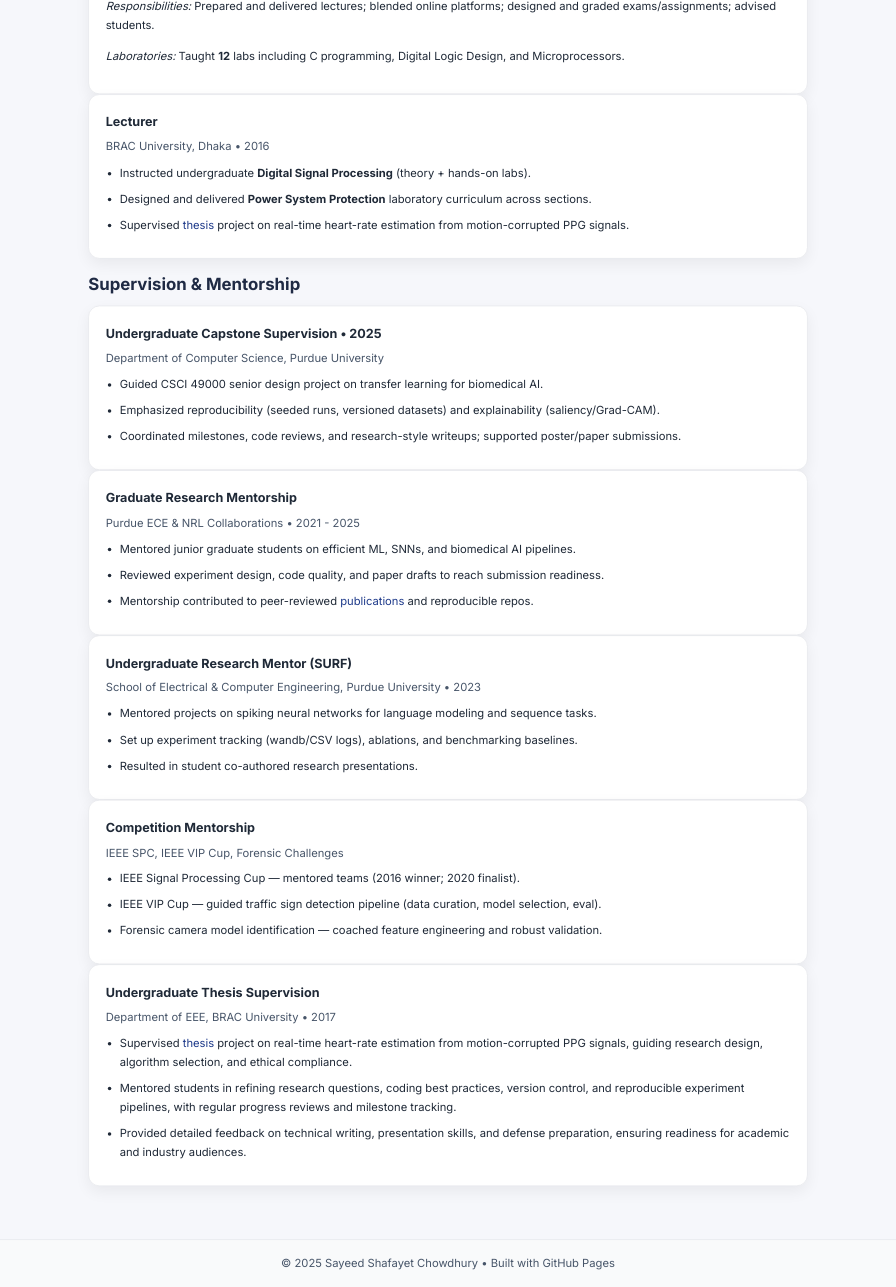
Repository: SayeedChowdhury/SayeedChowdhury.github.io
Page: teaching.html
The author's editor kept a copy of each file at every save. The page is drawn from the files as they stood at one save, then again after the next save.
The browser window is 1280 px wide. The pictures show the part of the page from y = 1032 to 2952 px (the page is 2870 px tall before and 2952 px after), at 70% of full size.

Above is the page before, as saved 2025-08-13 12:51:48.

### teaching.html
<!doctype html>
<html lang="en">
<head>
  <meta charset="utf-8">
  <meta name="viewport" content="width=device-width, initial-scale=1">
  <title>Teaching & Mentorship • Sayeed S. Chowdhury</title>
  <link rel="preconnect" href="https://fonts.googleapis.com">
  <link rel="preconnect" href="https://fonts.gstatic.com" crossorigin>
  <link href="https://fonts.googleapis.com/css2?family=Inter:wght@400;600;700&display=swap" rel="stylesheet">
  <link rel="stylesheet" href="assets/style.css">
</head>
<body>
<div class="nav">
  <div class="inner container">
    <div class="brand"><span class="dot"></span> <a href="index.html" style="text-decoration:none;color:inherit;">Sayeed S. Chowdhury</a></div>
    <div style="margin-left:auto; display:flex; gap:6px; flex-wrap:wrap">
      <a href="index.html" class="">Home</a>
      <a href="edu-exp.html" class="">Education & Experience</a>
      <a href="teaching.html" class="active">Teaching & Mentorship</a>
      <!-- <a href="research.html" class="">Research</a> -->
      <a href="publications.html" class="">Publications</a>
      <a href="awards.html" class="">Grants and Awards</a>
      <a href="contact.html" class="">Contact</a>
    </div>
  </div>
</div>
<div class="container">

  <section class="section">
    <h2>Teaching Philosophy</h2>
    <div class="card">
      <p style="margin:0">
        I create an inclusive, student-centered classroom that blends Socratic questioning with project-based learning.
        My goals are to build strong fundamentals, develop students’ ability to reason from first principles, and connect
        theory to practice through open-ended labs and reproducible coding assignments.
      </p>
    </div>

    <h2>Teaching Experience</h2>

    <!-- Purdue — Visiting Assistant Professor -->
    <div class="card">
      <h3>Visiting Assistant Professor</h3>
      <div class="lead">Department of Computer Science, Purdue University • Aug&nbsp;2025 – Present</div>
      <ul class="list">
        <li>Designed and taught upper-undergraduate <strong>CSCI 490: AI for IoT</strong> as Instructor of Record.</li>
        <li>Guest-lectured in <strong>CSCI 487: Artificial Intelligence</strong> (modern ML + neuromorphic topics).</li>
        <li>Supervising an undergraduate <strong>capstone</strong> on transfer learning for biomedical AI.</li>
      </ul>
    </div>

    <!-- AUST -->
    <div class="card">
      <h3>Lecturer</h3>
      <div class="lead">Ahsanullah University of Science &amp; Technology (AUST), Dhaka • 2018</div>
      <ul class="list">
        <li>Taught <strong>C++</strong> and <strong>MATLAB</strong> programming in large classrooms.</li>
        <li>Instructor of record for <strong>VLSI (theory &amp; lab)</strong>; contributed to curriculum and lab manual.</li>
      </ul>
    </div>

    <!-- BUET -->
    <div class="card">
      <h3>Lecturer</h3>
      <div class="lead">Bangladesh University of Engineering &amp; Technology (BUET), Dhaka • 2016–2017</div>
      <p><em>Courses (theory):</em> Signals &amp; Systems (EEE 301); Electrical DC &amp; AC Circuits (EEE 101/105);
        Measurement &amp; Instrumentation (EEE 407); Digital Signal Processing (EEE 307);
        Microprocessor &amp; Interfacing (EEE 315).</p>
      <p><em>Responsibilities:</em> Prepared and delivered lectures; blended online platforms; designed and graded
        exams/assignments; advised students.</p>
      <p><em>Laboratories:</em> Taught <strong>12</strong> labs including C programming, Digital Logic Design, and Microprocessors.</p>
    </div>

    <!-- BRAC University -->
    <div class="card">
      <h3>Lecturer</h3>
      <div class="lead">BRAC University, Dhaka • 2016</div>
      <ul class="list">
        <li>Instructed undergraduate <strong>Digital Signal Processing</strong> (theory + hands-on labs).</li>
        <li>Designed and delivered <strong>Power System Protection</strong> laboratory curriculum across sections.</li>
        <li>Supervised <a href="https://dspace.bracu.ac.bd/xmlui/handle/10361/8610?show=full" target="_blank" rel="noopener">thesis</a> project on real-time heart-rate estimation from motion-corrupted PPG signals.</li>
      </ul>
    </div>

    <h2>Supervision &amp; Mentorship</h2>

    <!-- Undergraduate Capstone -->
    <div class="card">
      <h3>Undergraduate Capstone Supervision • 2025</h3>
      <div class="lead">Department of Computer Science, Purdue University</div>
      <ul class="list">
        <li>Guided CSCI 49000 senior design project on transfer learning for biomedical AI.</li>
        <li>Emphasized reproducibility (seeded runs, versioned datasets) and explainability (saliency/Grad-CAM).</li>
        <li>Coordinated milestones, code reviews, and research-style writeups; supported poster/paper submissions.</li>
      </ul>
    </div>

    <!-- Graduate Mentorship -->
    <div class="card">
      <h3>Graduate Research Mentorship</h3>
      <div class="lead">Purdue ECE &amp; NRL Collaborations • 2021 - 2025</div>
      <ul class="list">
        <li>Mentored junior graduate students on efficient ML, SNNs, and biomedical AI pipelines.</li>
        <li>Reviewed experiment design, code quality, and paper drafts to reach submission readiness.</li>
        <li>Mentorship contributed to peer-reviewed <a href=" https://ieeexplore.ieee.org/abstract/document/11078244" target="_blank" rel="noopener">publications</a> and reproducible repos.</li>
      </ul>
    </div>

    <!-- SURF Projects -->
    <div class="card">
      <h3>Undergraduate Research Mentor (SURF)</h3>
      <div class="lead">School of Electrical &amp; Computer Engineering, Purdue University • 2023</div>
      <ul class="list">
        <li>Mentored projects on spiking neural networks for language modeling and sequence tasks.</li>
        <li>Set up experiment tracking (wandb/CSV logs), ablations, and benchmarking baselines.</li>
        <li>Resulted in student co-authored research presentations.</li>
      </ul>
    </div>


    <!-- Competitions -->
    <div class="card">
      <h3>Competition Mentorship</h3>
      <div class="lead">IEEE SPC, IEEE VIP Cup, Forensic Challenges</div>
      <ul class="list">
        <li>IEEE Signal Processing Cup — mentored teams (2016 winner; 2020 finalist).</li>
        <li>IEEE VIP Cup — guided traffic sign detection pipeline (data curation, model selection, eval).</li>
        <li>Forensic camera model identification — coached feature engineering and robust validation.</li>
      </ul>
      </div>

      <!-- Undergraduate Capstone -->
    <div class="card">
      <h3>Undergraduate Thesis Supervision </h3>
      <div class="lead">Department of EEE, BRAC University • 2017</div>
      <ul class="list">
        <li>Supervised <a href="https://dspace.bracu.ac.bd/xmlui/handle/10361/8610?show=full" target="_blank" rel="noopener">thesis</a> project on real-time heart-rate estimation from motion-corrupted PPG signals, guiding research design, algorithm selection, and ethical compliance.</li>
        <li>Mentored students in refining research questions, coding best practices, version control, and reproducible experiment pipelines, with regular progress reviews and milestone tracking.</li>
        <li>Provided detailed feedback on technical writing, presentation skills, and defense preparation, ensuring readiness for academic and industry audiences.</li>
        </ul>
    </div>
</div>

  </section>

</div>
<div class="footer">© 2025 Sayeed Shafayet Chowdhury • Built with GitHub Pages</div>
</body>
</html>

### assets/style.css
/* ================================
   Sayeed S. Chowdhury — style.css
   Mild light theme (no top halo)
   ================================ */

   :root{
    --bg:#f6f7fb;          /* mild light (not white) */
    --panel:#ffffff;       /* card surface */
    --panel-2:#f1f5fb;     /* subtle secondary surface */
    --ink:#1f2937;         /* main text (slate-800) */
    --muted:#475569;       /* secondary text (slate-600) */
    --navy:#1e3a8a;        /* accent for nav/links (blue-900) */
    --gold:#b58500;        /* optional accent */
    --border:#e5e7eb;      /* card/nav borders */
    --shadow:0 8px 22px rgba(0,0,0,.06);
    --radius:16px;
  }

  /* Base */
  *{ box-sizing:border-box }
  html,body{ height:100% }
  body{
    margin:0;
    color:var(--ink);
    background:var(--bg); /* removed radial gradients/halo */
    font:16px/1.7 "Inter", system-ui, -apple-system, Segoe UI, Roboto, Helvetica, Arial;
    -webkit-font-smoothing:antialiased;
    text-rendering:optimizeLegibility;
  }

  .container{ max-width:1100px; margin:0 auto; padding:24px }

  /* Top Nav */
  .nav{
    position:sticky; top:0; z-index:10;
    background:#f9fafb;                      /* solid so it’s visible */
    backdrop-filter:saturate(140%) blur(6px);
    border-bottom:1px solid var(--border);
    box-shadow:0 6px 14px rgba(0,0,0,.04);
  }
  .nav .inner{ display:flex; align-items:center; gap:16px; padding:12px 24px; }
  .nav .brand{ display:flex; align-items:center; gap:10px; font-weight:700; color:var(--ink) }
  .nav .brand .dot{ width:10px; height:10px; border-radius:50%; background:linear-gradient(45deg,#2563eb,#60a5fa); box-shadow:0 0 8px rgba(37,99,235,.5) }
  .nav a{
    color:#334155;                            /* slate-700: readable */
    text-decoration:none;
    padding:8px 12px;
    border-radius:10px;
  }
  .nav a:hover{
    color:var(--navy);
    background:#e6edf7;                       /* gentle hover pill */
  }
  .nav a.active{
    color:var(--navy);
    background:#dbeafe;                       /* visible active pill */
    font-weight:600;
  }
  .nav a:focus-visible{ outline:2px solid #93c5fd; outline-offset:2px }

  /* Hero & Layout */
  .hero{
    display:grid; grid-template-columns:1.1fr .9fr; gap:28px; align-items:stretch;
    padding:48px 24px 12px;
  }
  .row{ display:flex; gap:18px; flex-wrap:wrap; align-items:center }

  /* Cards */
  .card{
    background:var(--panel);
    border:1px solid var(--border);
    border-radius:var(--radius);
    box-shadow:var(--shadow);
    padding:24px;
  }
  .cards{ display:grid; grid-template-columns:repeat(12,1fr); gap:20px; margin-top:18px }
  .card.grid-12{ grid-column:span 12 }
  .card.grid-6{ grid-column:span 6 }
  .card.grid-4{ grid-column:span 4 }

  /* Typography */
  h1{ font-size:32px; margin:0 0 6px }         /* smaller homepage name */
  h2{ font-size:24px; margin:16px 0 10px; color:#1f2a44 }
  h3{ font-size:18px; margin:0 0 6px }
  .lead{ color:var(--muted); font-size:16px }
  .kicker{ color:var(--gold); font-weight:700; letter-spacing:.4px; text-transform:uppercase; font-size:12px }
  .page-title{ margin:8px 0 16px }
  .page-title h1{ font-size:46px; letter-spacing:.4px; margin:0; color:#1f2a44 }

  /* Lists */
  .list{ padding-left:20px; margin:0 }
  .list li{ margin:10px 0 }

  /* Headshot */
  .headshot{
    width:160px; height:160px; border-radius:50%; object-fit:cover;
    border:3px solid #eef2ff; box-shadow:0 4px 14px rgba(0,0,0,.06)
  }

  /* Badges & Pills */
  .badges{ display:flex; flex-wrap:wrap; gap:10px; margin-top:14px }
  .badge{
    background:#f1f5fb; border:1px solid #dbe4f2; color:#2b4a6a;
    padding:6px 10px; border-radius:999px; font-size:13px
  }
  .pill{
    display:inline-block; padding:5px 10px; border:1px solid var(--border);
    border-radius:999px; font-size:12px; color:var(--muted); margin-right:8px
  }

  /* Buttons */
  .cta{ display:flex; gap:12px; flex-wrap:wrap; margin-top:12px }
  .button{
    display:inline-flex; align-items:center; gap:10px;
    padding:12px 16px; border-radius:12px;
    border:1px solid #c7d2fe; background:#eef2ff; color:#1f2937;
    text-decoration:none; font-weight:600;
  }
  .button:hover{ background:#e0e7ff }
  .button.secondary{ background:#ffffff; border:1px solid #e4e8ef }

  /* Links (site-wide) */
  a{ color:#1e3a8a; text-decoration:none }
  a:hover{ color:#0f2a6e; text-decoration:underline }
  a:visited{ color:#1e3a8a } /* avoid purple on visited */

  /* Sections */
  .section{ padding:12px }
  .section .title{ display:flex; align-items:center; justify-content:space-between }

  /* Footer (visible on light) */
  .footer{
    background:#f9fafb;
    color:#475569;
    border-top:1px solid var(--border);
    text-align:center;
    padding:20px;
    margin-top:40px;
  }

  /* Forms (if any) */
  input, textarea, select{
    background:#fff; color:var(--ink); border:1px solid var(--border);
    border-radius:10px; padding:10px 12px
  }
  input:focus, textarea:focus, select:focus{
    outline:2px solid #93c5fd; outline-offset:2px
  }

  /* Responsive */
  @media (max-width: 900px){
    .hero{ grid-template-columns:1fr }
    .card.grid-6, .card.grid-4{ grid-column:span 12 }
  }

  /* Print */
  @media print{
    .nav, .footer, .cta{ display:none }
    body{ background:#ffffff; color:#111 }
    .card{ box-shadow:none; border-color:#ddd }
  }

After the next save:
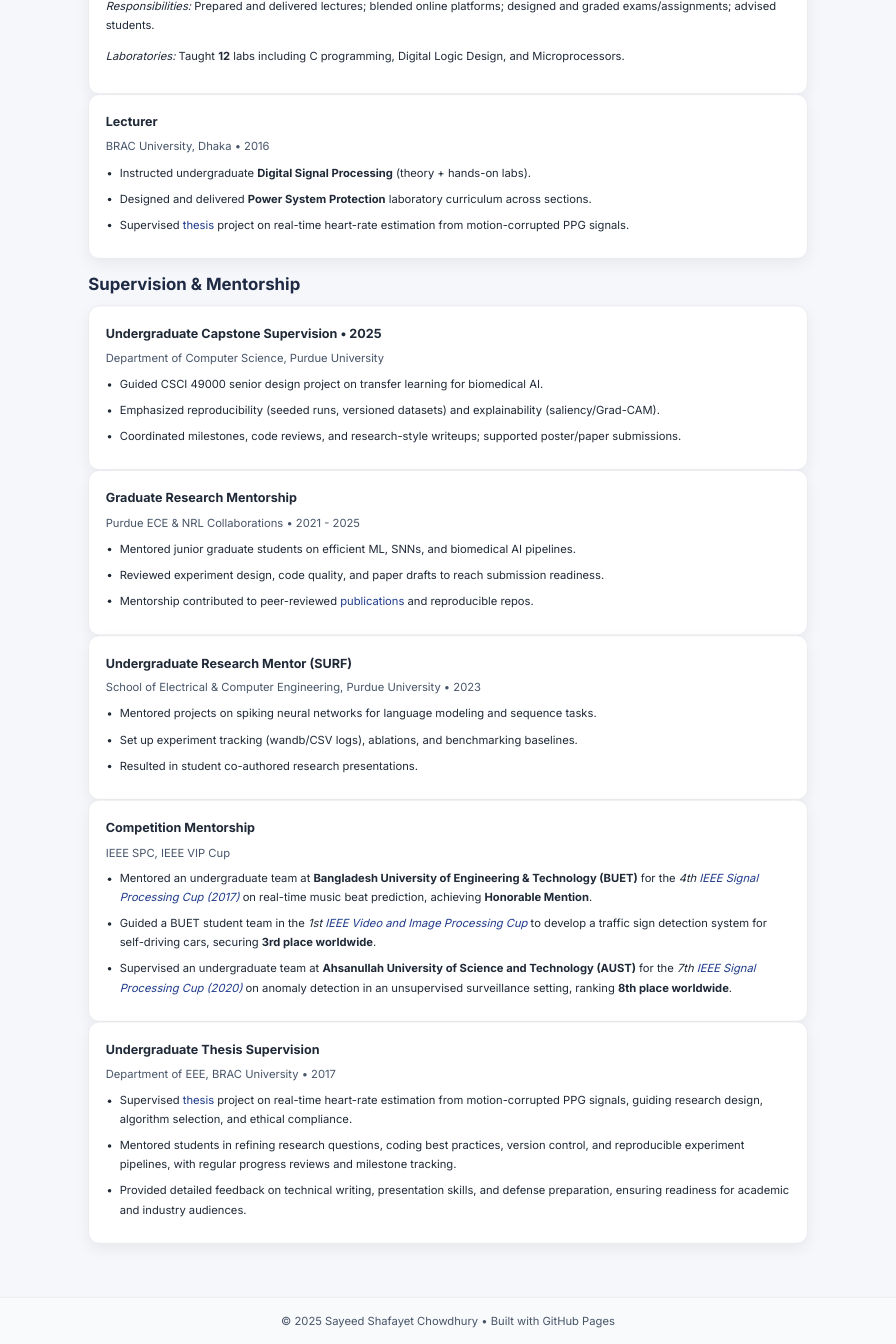
Saved 71 min 46 s later.
--- a/teaching.html
+++ b/teaching.html
@@ -121,13 +121,25 @@
     <!-- Competitions -->
     <div class="card">
       <h3>Competition Mentorship</h3>
-      <div class="lead">IEEE SPC, IEEE VIP Cup, Forensic Challenges</div>
+      <div class="lead">IEEE SPC, IEEE VIP Cup</div>
       <ul class="list">
-        <li>IEEE Signal Processing Cup — mentored teams (2016 winner; 2020 finalist).</li>
-        <li>IEEE VIP Cup — guided traffic sign detection pipeline (data curation, model selection, eval).</li>
-        <li>Forensic camera model identification — coached feature engineering and robust validation.</li>
+        <li>
+          Mentored an undergraduate team at <strong>Bangladesh University of Engineering &amp; Technology (BUET)</strong>
+          for the <em>4th <a href="https://ieeexplore.ieee.org/document/7974869" target="_blank" rel="noopener">IEEE Signal Processing Cup (2017)</a> </em> on real-time music beat prediction, achieving
+          <strong>Honorable Mention</strong>.
+        </li>
+        <li>
+          Guided a BUET student team in the <em>1st <a href="https://ieeexplore.ieee.org/stamp/stamp.jsp?arnumber=8310690" target="_blank" rel="noopener">IEEE Video and Image Processing Cup</a> </em> to develop a traffic
+          sign detection system for self-driving cars, securing <strong>3rd place worldwide</strong>.
+        </li>
+        <li>
+          Supervised an undergraduate team at <strong>Ahsanullah University of Science and Technology (AUST)</strong>
+          for the <em>7th <a href="https://arxiv.org/pdf/2007.10812" target="_blank" rel="noopener">IEEE Signal Processing Cup (2020)</a> </em> on anomaly detection in an unsupervised surveillance
+          setting, ranking <strong>8th place worldwide</strong>.
+        </li>
       </ul>
-      </div>
+    </div>
+
 
       <!-- Undergraduate Capstone -->
     <div class="card">
